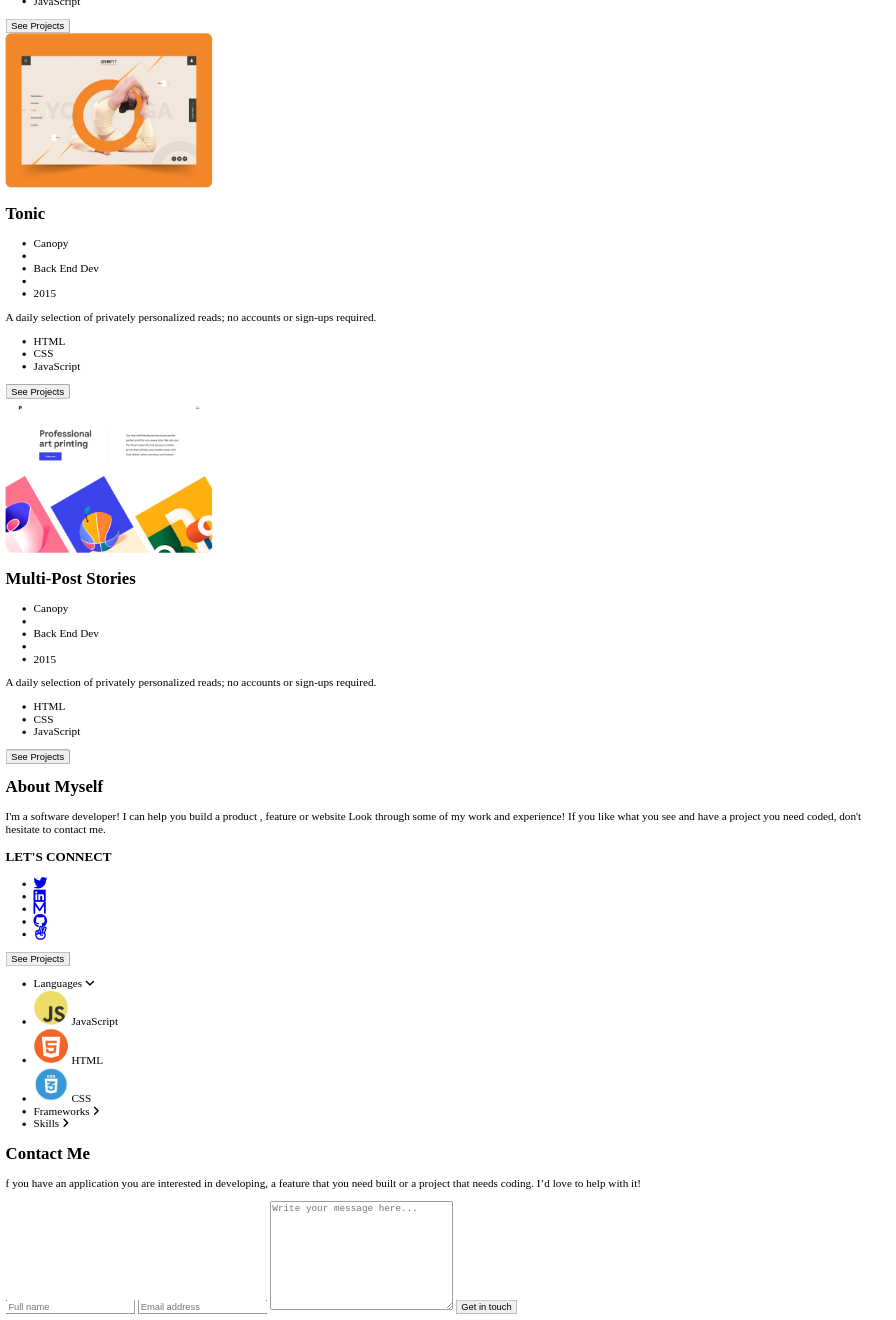
Repository: Paulinelali/microverse-personal-portfolio
Page: index.html
These files come from the project's save history. The page is drawn as it stood at one moment and after the next save; the edit follows.
The browser window is 1280 px wide. The pictures show the part of the page from y = 1321 to 3241 px (the page is 3207 px tall before and 3241 px after), at 70% of full size.
Some web libraries are served in a nearby version.

Above is the page before, as saved 2023-05-02 13:16:58.

After the next save:
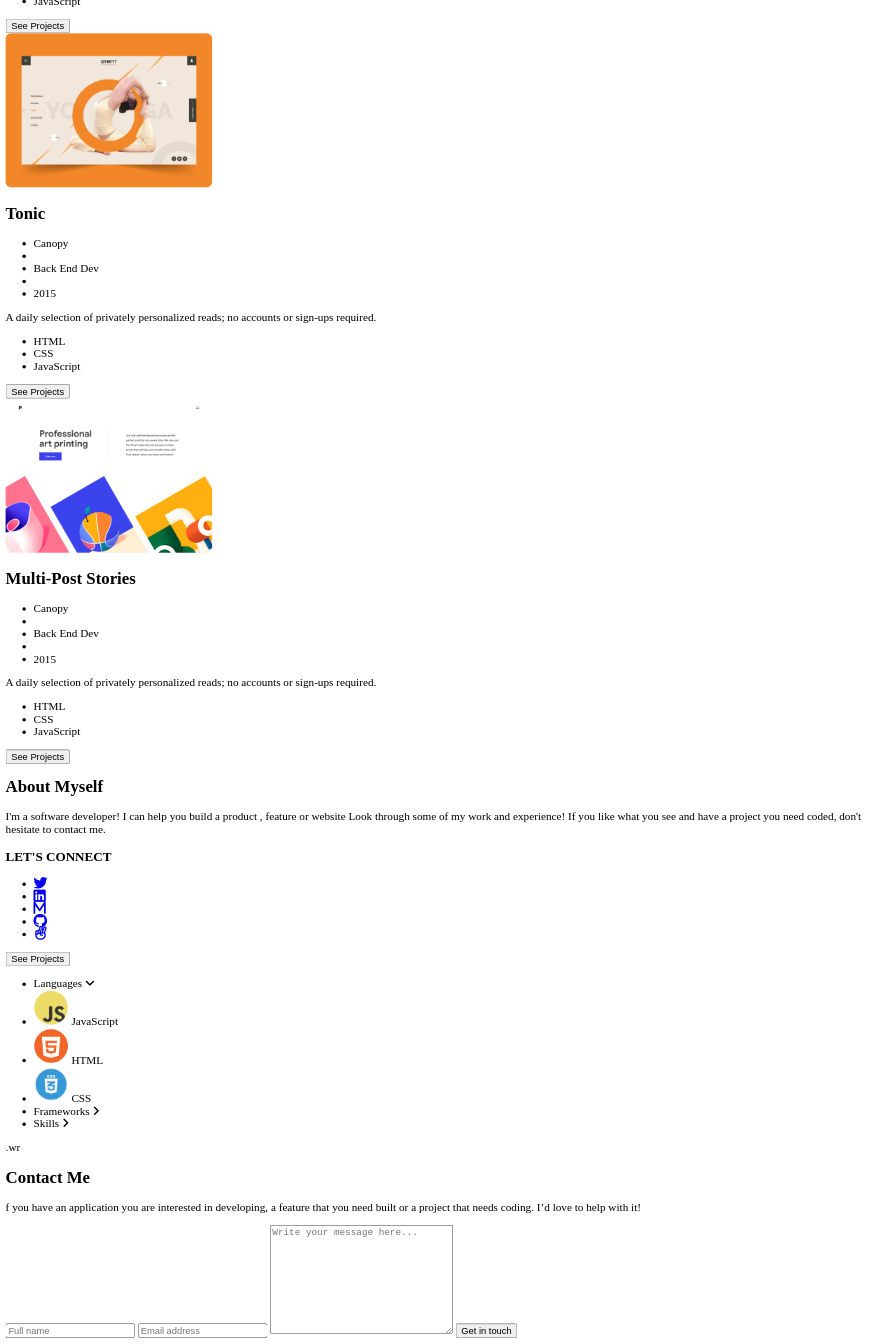
Saved 4 s later.
--- a/index.html
+++ b/index.html
@@ -179,7 +179,7 @@
         </div>
     </section>
     <section class="contact-form">
-
+        .wr
         <h2>Contact Me</h2>
         <p>f you have an application you are interested in
          developing, a feature that you need built or a project that needs coding. I’d love to help with it!</p>
